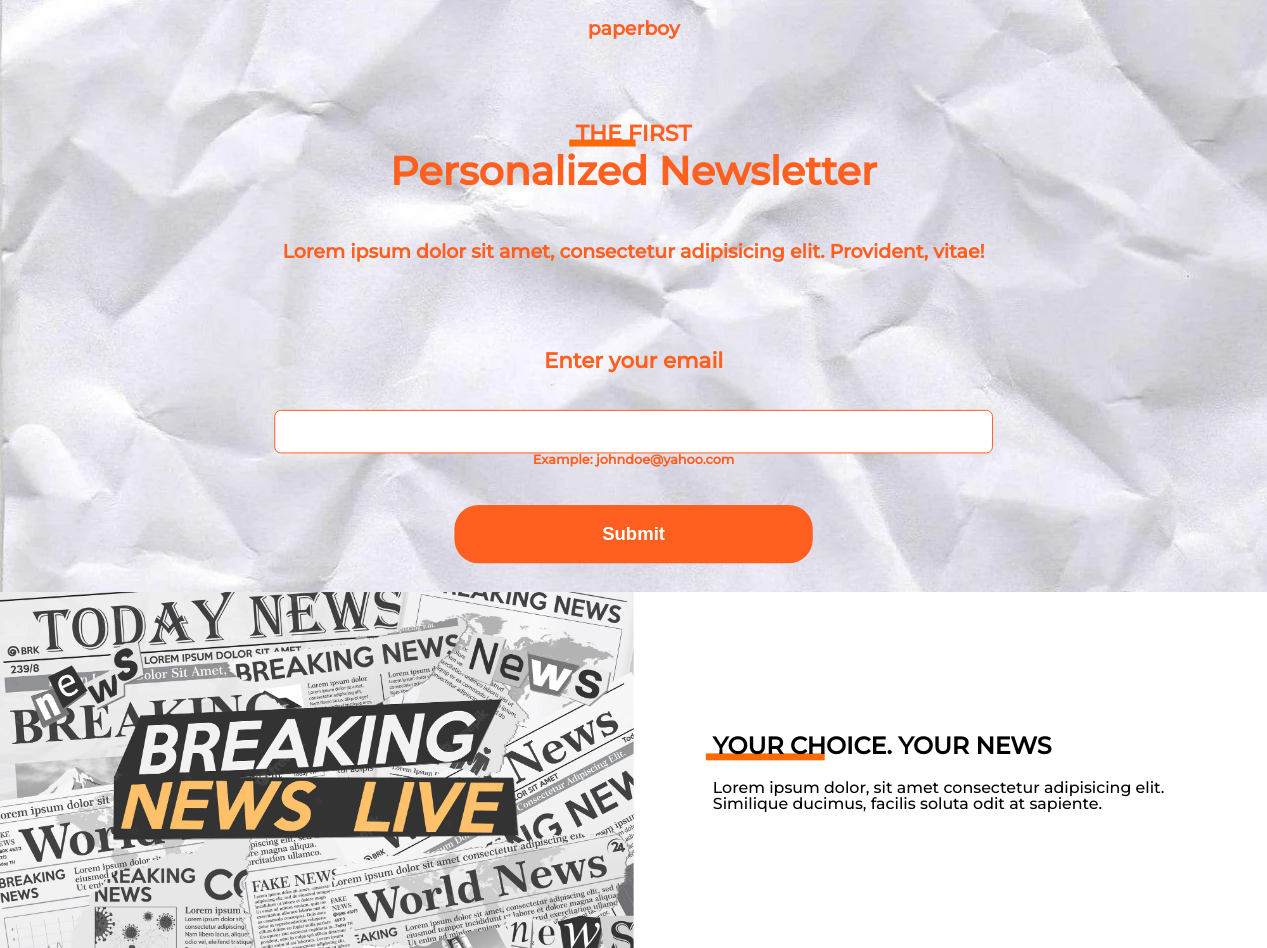
Repository: Gionnn/proiecte
Page: index.html
An editor plug-in stored every save of this project. The page is shown before and after the next save, followed by the edit.
The browser window is 1280 px wide. The pictures show the whole page, at 99% of full size.

Above is the page before, as saved 2022-11-28 14:52:31.

### index.html
<!DOCTYPE html>
<html lang="en">
  <head>
    <meta charset="UTF-8" />
    <meta name="viewport" content="width=device-width, initial-scale=1.0" />
    <meta http-equiv="X-UA-Compatible" content="ie=edge" />
    <link rel="stylesheet" href="css/main.css" />
    <title>Paperboy</title>
  </head>

  <body>
    <div class="hero-bg">
      <section class="top">
        <header>
          <a href="index.html">paperboy</a>
        </header>

        <h1><span>The first </span>Personalized Newsletter</h1>
        <p>
          Lorem ipsum dolor sit amet, consectetur adipisicing elit. Provident,
          vitae!
        </p>
        <div class="form-container">
          <form action="">
            <div class="form-left">
              <label for="email">Enter your email</label>
              <input type="text" name="email" id="email" />
              <p>Example: johndoe@yahoo.com</p>
            </div>
            <input type="button" value="Submit" />
          </form>
        </div>
      </section>
    </div>

    <section class="bottom">
      <div class="right-col">
        <h2>Your choice. Your news</h2>
        <p>
          Lorem ipsum dolor, sit amet consectetur adipisicing elit. Similique
          ducimus, facilis soluta odit at sapiente.
        </p>
      </div>
      <img src="images/paper.jpeg" alt="Breaking News" />
    </section>
  </body>
</html>

### css/main.css
@import url("https://fonts.googleapis.com/css2?family=Montserrat:wght@500&display=swap");

body {
  font-family: "Montserrat", sans-serif;
  margin: 0;
}

.hero-bg {
  background: url("../images/background.jpeg");
  color: #ff5f1f;
  text-align: center;
}

header {
  padding-top: 1em;
}
.hero-bg a {
  color: #ff5f1f;
  text-decoration: none;
  font-weight: bold;
  font-size: 1.2rem;
}

section {
  margin: 0 1em;
}

h1 {
  font-size: 2.5rem;
  margin: 2em 0 1.2em;
}

h1 span {
  text-transform: uppercase;
  display: block;
  font-size: 1.4rem;
  position: relative;
  z-index: 1;
}
h1 span::before {
  content: " ";
  position: absolute;
  width: 3em;
  background: #fc6a03;
  height: 0.3em;
  bottom: 0;
  z-index: -1;
  margin-left: -0.3em;
}
.hero-bg p {
  font-weight: bold;
  margin: 0 1em 3em;
  font-size: 1.2rem;
}
.form-container {
  margin: 2em -1em 0;
  padding: 2em;
}
label {
  color: #ff5f1f;
  font-weight: bold;
  display: block;
  margin-bottom: 1em;
  font-size: 1.5em;
}
input[type="text"] {
  border: 1px solid #ff5f1f;
  width: 60%;
  padding: 1em;
  box-sizing: border-box;
  border-radius: 0.5em;
  margin-top: 1.2em;
}
.form-container {
  color: #ff5f1f;
  margin-bottom: 1.5em;
  font-weight: normal;
  font-size: 0.9em;
  margin-top: 0.3em;
}
.form-container p {
  font-size: 0.9em;
}
input[type="button"] {
  background-color: #ff5f1f;
  border: none;
  width: 30%;
  color: white;
  font-weight: bold;
  padding: 1em 0;
  border-radius: 1.3em;
  font-size: 1.3em;
  cursor: pointer;
}

input[type="button"]:hover {
  background-color: #c47508;
}

.bottom {
  margin: 0;
}

.right-col {
  text-align: center;
  margin: 3em 1em;
}

h2 {
  text-transform: uppercase;
  position: relative;
}

h2::before {
  content: " ";
  position: absolute;
  width: 5em;
  background: #fc6a03;
  height: 0.3em;
  bottom: 0;
  z-index: -1;
  margin-left: -0.3em;
}

img {
  width: 100%;
}

p {
  line-height: 1em;
}

@media (min-width: 730px) {
  section {
    margin: 0 4em;
  }
  .form-container {
    margin: 2em -4em 0;
  }
}

@media (min-width: 930px) {
  .bottom {
    display: grid;
    grid-template-columns: repeat(2, 50%);
    grid-template-areas: "paper content";
  }
  .right-col {
    grid-area: content;
    padding: 0 10%;
    text-align: left;
    align-self: center;
  }
  img {
    grid-area: paper;
  }
}

.top {
  animation: fadeIn 2s forwards;
}

@keyframes fadeIn {
  from {
    opacity: 0;
    transform: translateY(-2em);
  }
  to {
    opacity: 1;
    transform: translateY(0);
  }
}

After the next save:
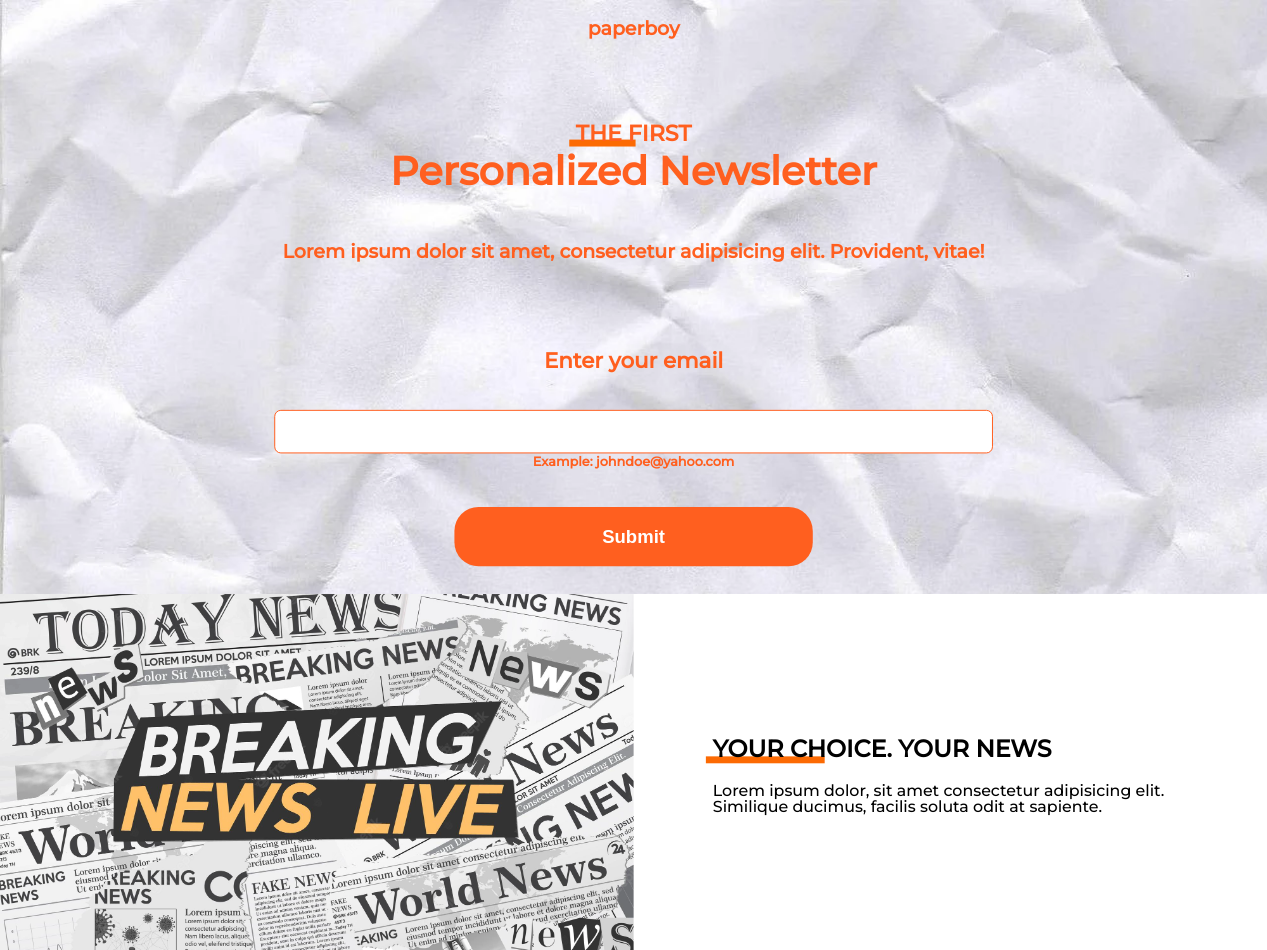
Saved 27 s later.
--- a/css/main.css
+++ b/css/main.css
@@ -80,6 +80,7 @@ input[type="text"] {
 }
 .form-container p {
   font-size: 0.9em;
+  margin-top: 0.2em;
 }
 input[type="button"] {
   background-color: #ff5f1f;
